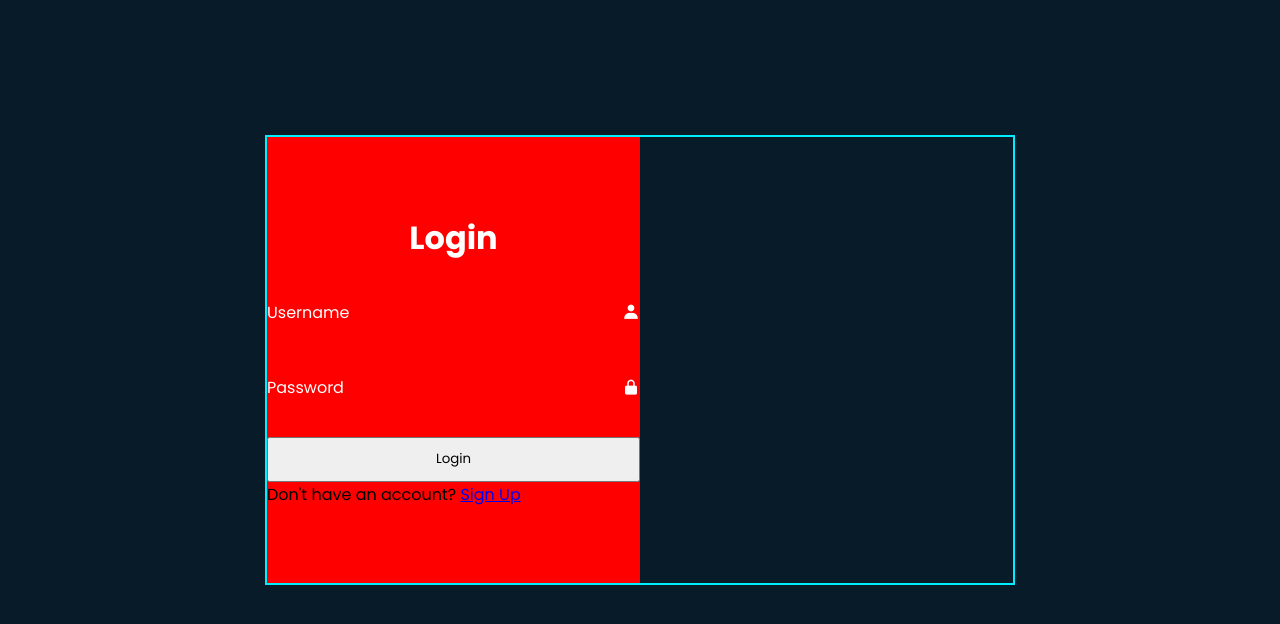
Repository: swastikjhacoder/Login-Registration-HTML
Page: index.html
These files come from the project's save history. The page is drawn as it stood at one moment and after a run of saves; the edit follows.
The browser window is 1280 px wide. The pictures show the whole page.

Above is the page before, as saved 2023-09-18 14:37:38.
Not found: js/toastify.js

After the next 4 saves:
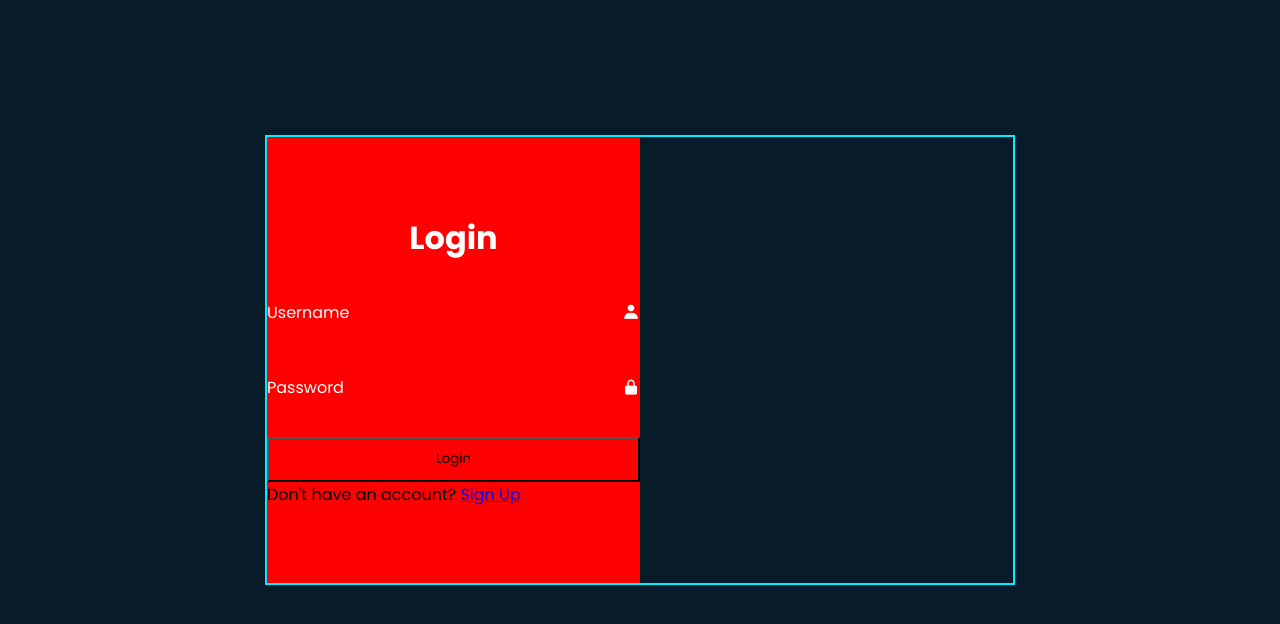
The 4 saves are shown as one change because they came seconds apart.
The last was saved 17 s later.
--- a/style.css
+++ b/style.css
@@ -79,5 +79,6 @@ body {
     position: relative;
     width: 100%;
     height: 45px;
+    background: transparent;
 
 }
